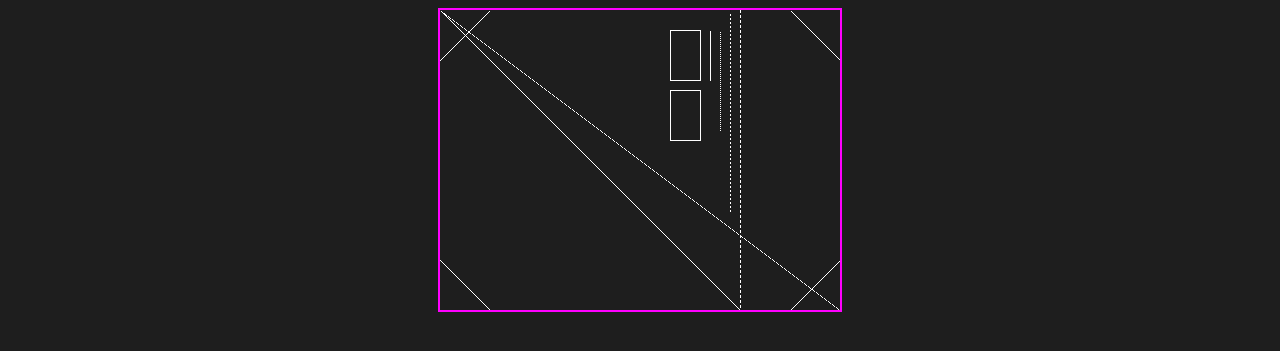
Repository: StarLightGX/miao
Page: paint.html
The author's editor kept a copy of each file at every save. The page is drawn from the files as they stood at one save, then again after the next save.
The browser window is 1280 px wide. The pictures show the whole page.

Above is the page before, as saved 2020-11-12 20:46:00.

After the next save:
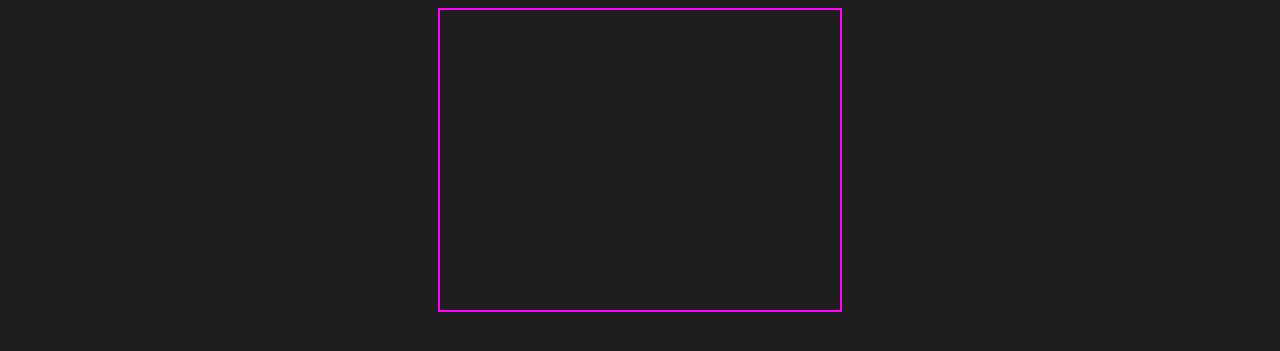
Console error: SyntaxError: Unexpected token ';'
Saved 28 s later.
--- a/paint.html
+++ b/paint.html
@@ -211,8 +211,14 @@
     y = 80;
     x = 230;
     for (i = 0; i < 50; i++) {
+      y = y + 1;
+      x = 231;
+      dot(x, y);
+    }
+    y = 80;
+    for (i = 0; i < 50; i++) {
       for (x = 230; x < 260; x++) {
-        y = 80;
+        y = y + ;
         x = x + 1;
         dot(x, y);
       }

After the save that followed:
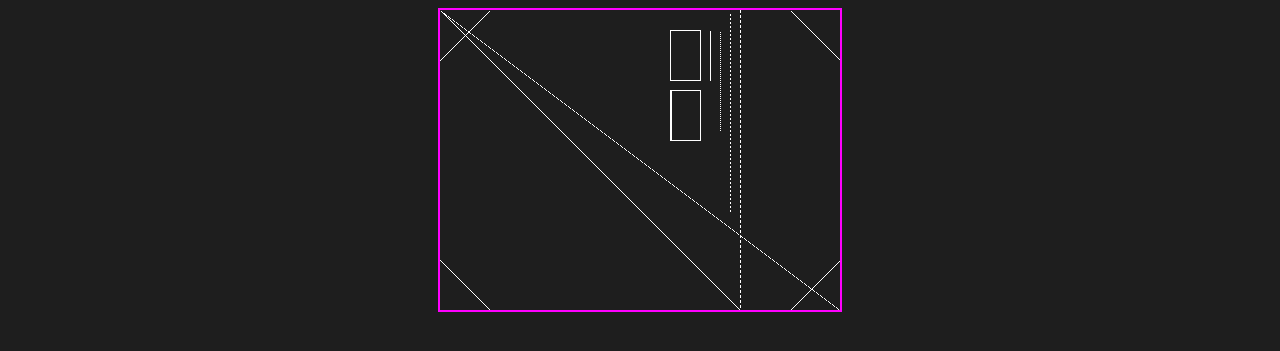
The error is gone.
Saved 20 s later.
--- a/paint.html
+++ b/paint.html
@@ -215,14 +215,6 @@
       x = 231;
       dot(x, y);
     }
-    y = 80;
-    for (i = 0; i < 50; i++) {
-      for (x = 230; x < 260; x++) {
-        y = y + ;
-        x = x + 1;
-        dot(x, y);
-      }
-    }
 
     // 画一个rgb色彩空间的某一面
 
